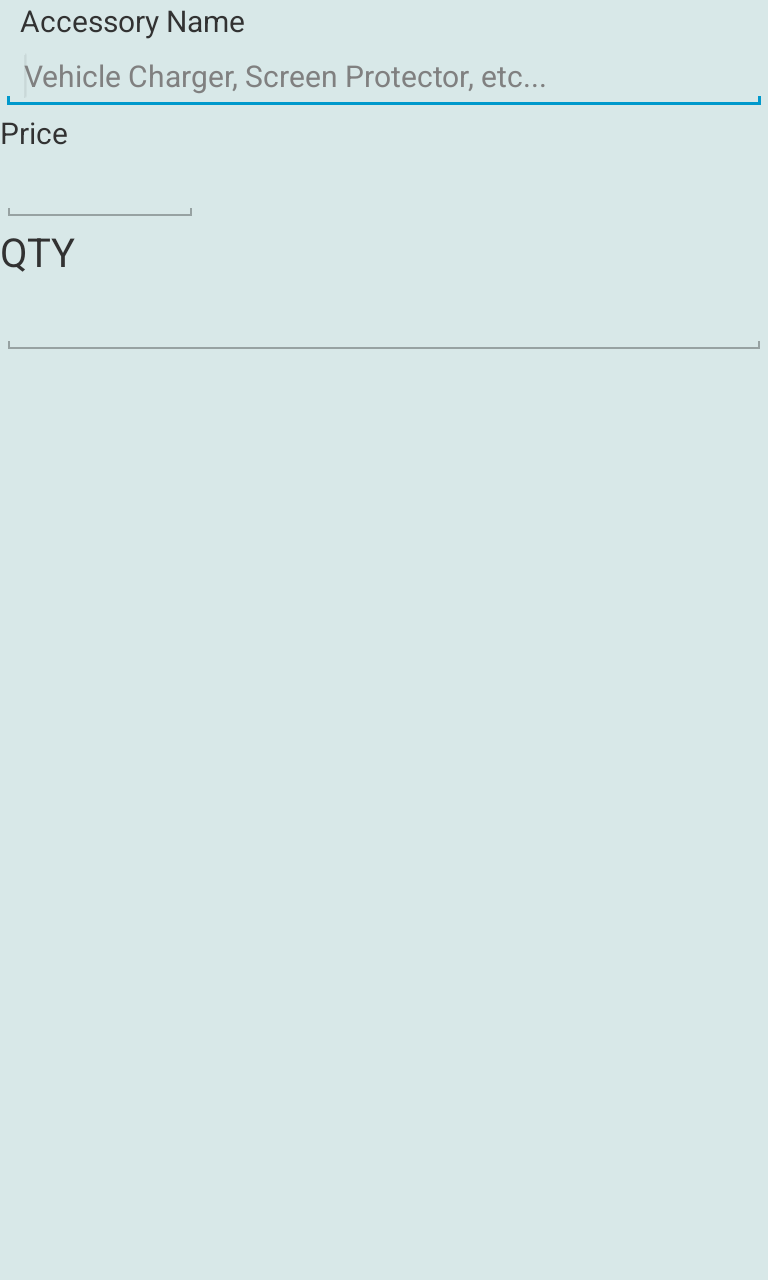
Repository: jemcphe/XCell
Layout: XCell/res/layout/frag_accessories.xml
The author's editor kept a copy of each file at every save. The layout is drawn from the files as they stood at one save, then again after the next save.
It is drawn on a 768 x 1280 px phone screen (xhdpi) without system bars, with theme Theme.Xcell; the app's code is not run.

Above is the layout before, as saved 2013-08-16 02:38:09.

After the next save:
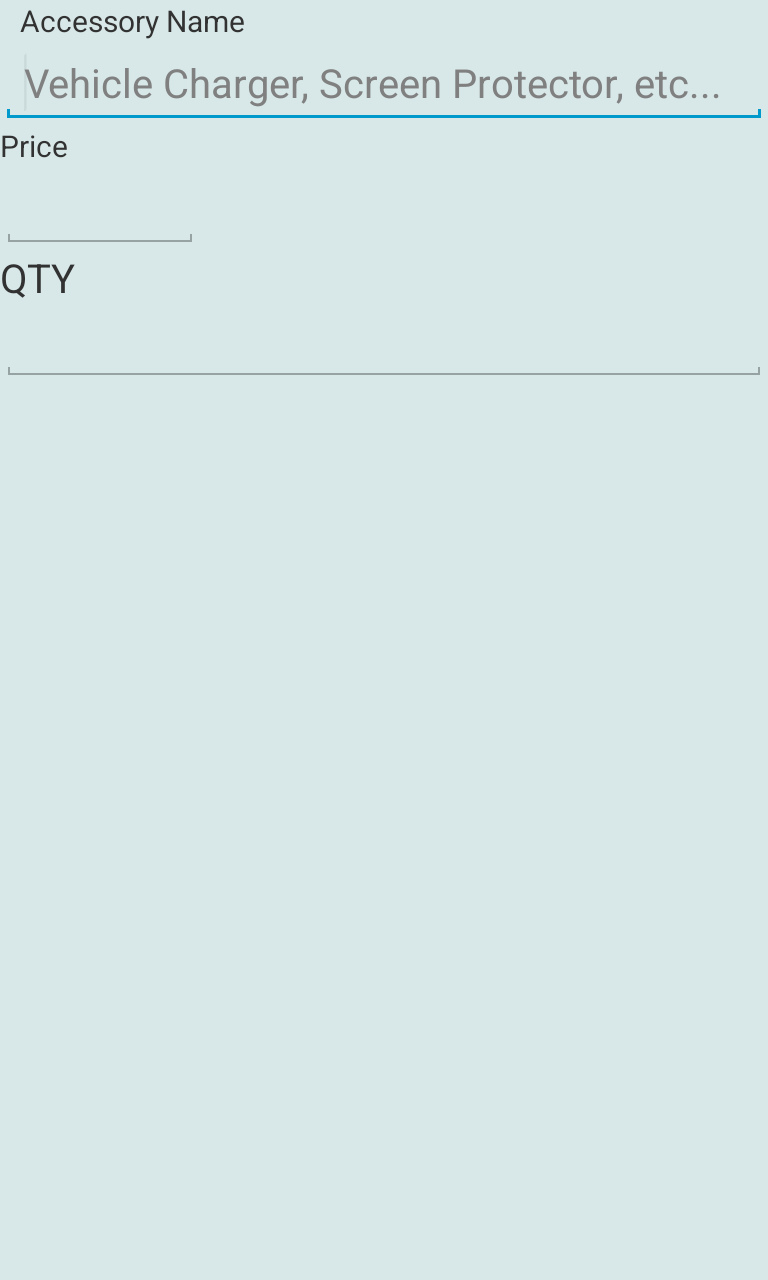
Saved 7 s later.
--- a/XCell/res/layout/frag_accessories.xml
+++ b/XCell/res/layout/frag_accessories.xml
@@ -18,7 +18,7 @@
         android:layout_width="match_parent"
         android:layout_height="wrap_content"
         android:hint="Vehicle Charger, Screen Protector, etc..."
-        android:textSize="15sp">
+        android:textSize="20sp">
 
         <requestFocus />
     </EditText>
@@ -34,7 +34,7 @@
         android:id="@+id/editText2"
         android:layout_width="100dp"
         android:layout_height="wrap_content"
-        android:textSize="15sp"
+        android:textSize="20sp"
         android:inputType="numberDecimal" />
 
     <TextView
